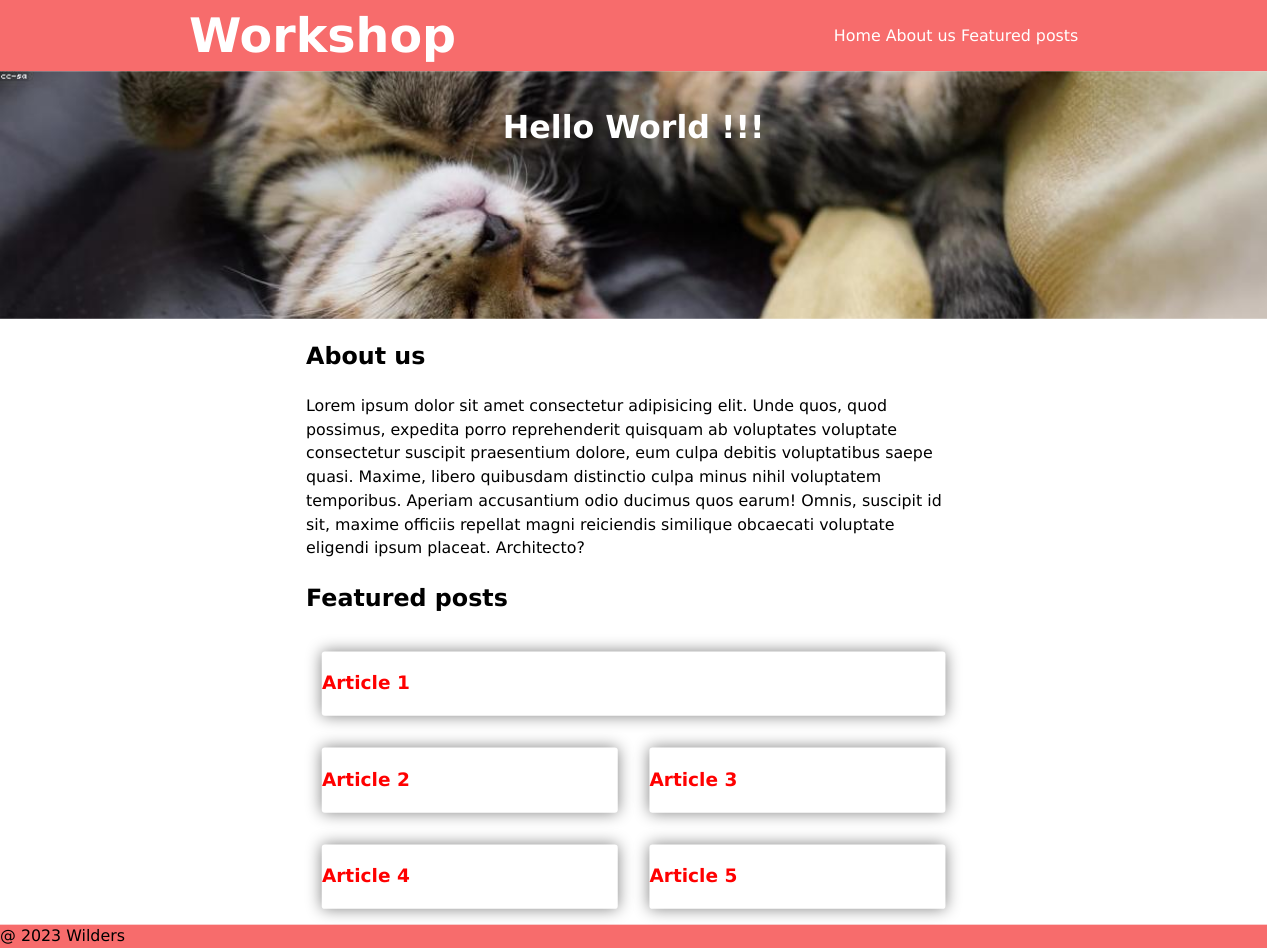
Repository: PPaillard/cssresponsive
Page: index.html
An editor plug-in stored every save of this project. The page is shown before and after the next save, followed by the edit.
The browser window is 1280 px wide. The pictures show the whole page, at 99% of full size.

Above is the page before, as saved 2023-03-03 15:36:16.

After the next save:
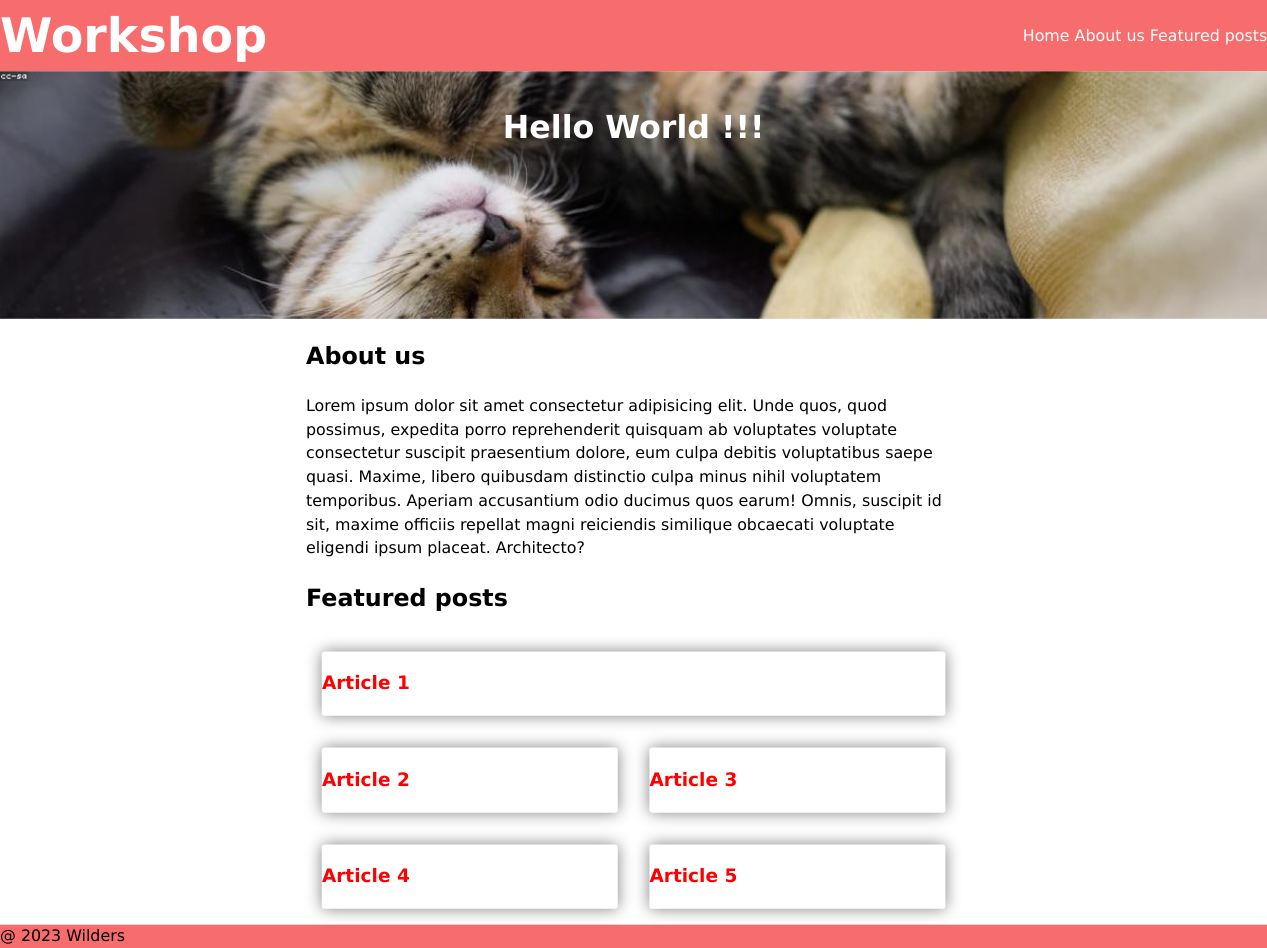
Saved 100 s later.
--- a/style.css
+++ b/style.css
@@ -79,6 +79,9 @@ footer {
 }
 
 @media screen and (min-width: 768px) {
+  nav {
+    justify-content: space-between;
+  }
   nav > ul > li {
     display: inline-block;
   }
